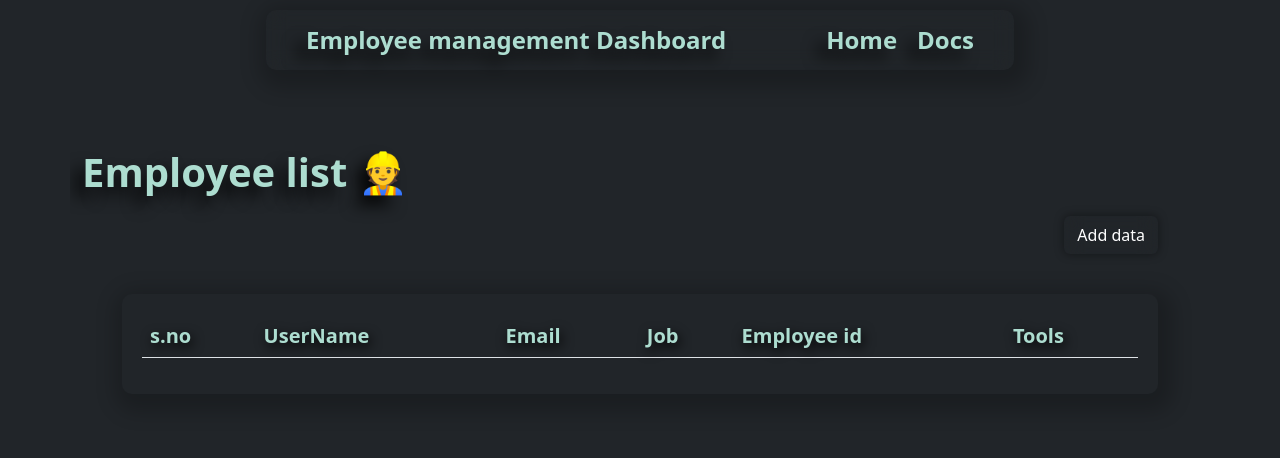
Repository: iamevs/Employee-Management-System
Page: /home (app in client/)
These files come from the project's save history. The page is drawn as it stood at one moment and after the next save; the edit follows.
The browser window is 1280 px wide. The pictures show the whole page.
The page's requests for data from a server got no answer. The project was rebuilt for these pictures with package versions that can differ from the ones it lists, and the page was loaded fresh each time. No one was signed in, and anything a server would have sent is missing. Also part of the build but not shown: client/vite.config.js, client/src/components/Register.jsx, client/src/components/Edit.jsx, client/src/components/Hero.jsx. Imported but missing from the stored project, and not drawn on this page: client/src/components/Details.

Above is the page before, as saved 2022-11-29 01:26:46.

After the next save:
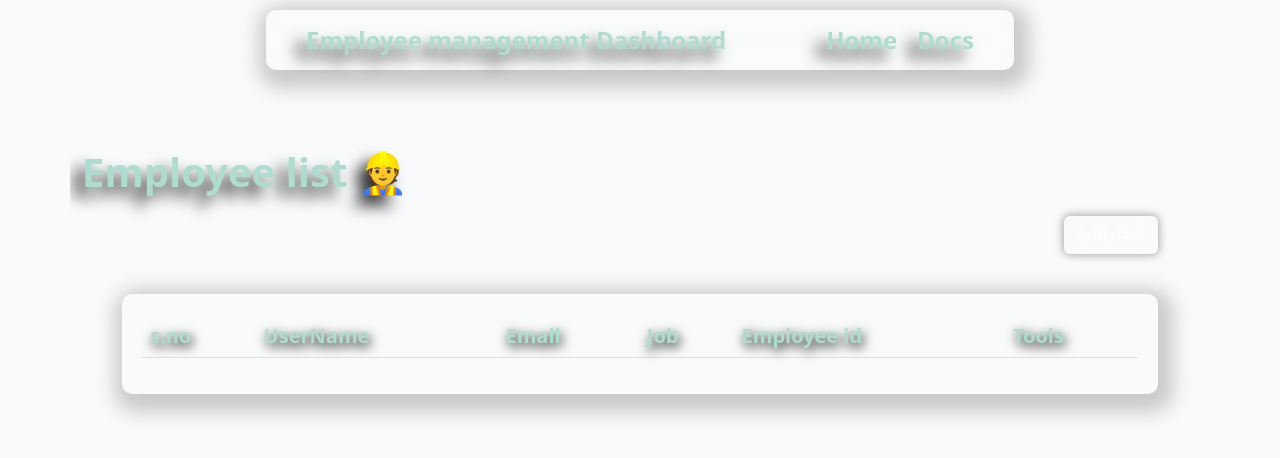
Saved 5 min 28 s later.
--- a/client/src/index.css
+++ b/client/src/index.css
@@ -5,7 +5,7 @@
     sans-serif;
   -webkit-font-smoothing: antialiased;
   -moz-osx-font-smoothing: grayscale;
-  background-color: #212529 !important;
+  background-color: #F9FAFB !important;
   color: #fff !important;
 }
 

After the save that followed:
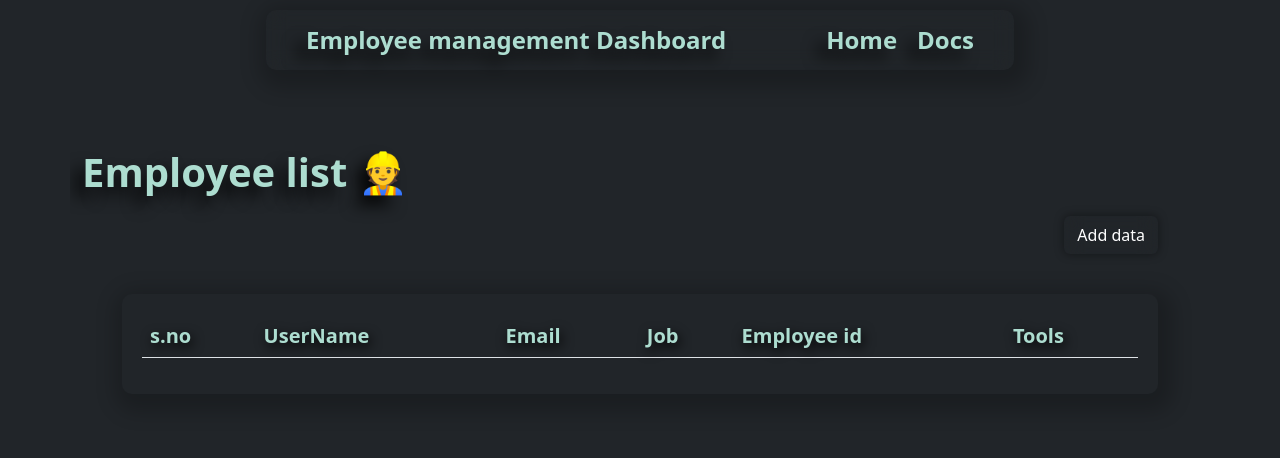
Saved 23 s later.
--- a/client/src/index.css
+++ b/client/src/index.css
@@ -5,7 +5,7 @@
     sans-serif;
   -webkit-font-smoothing: antialiased;
   -moz-osx-font-smoothing: grayscale;
-  background-color: #F9FAFB !important;
+  background-color: #212529 !important;
   color: #fff !important;
 }
 
